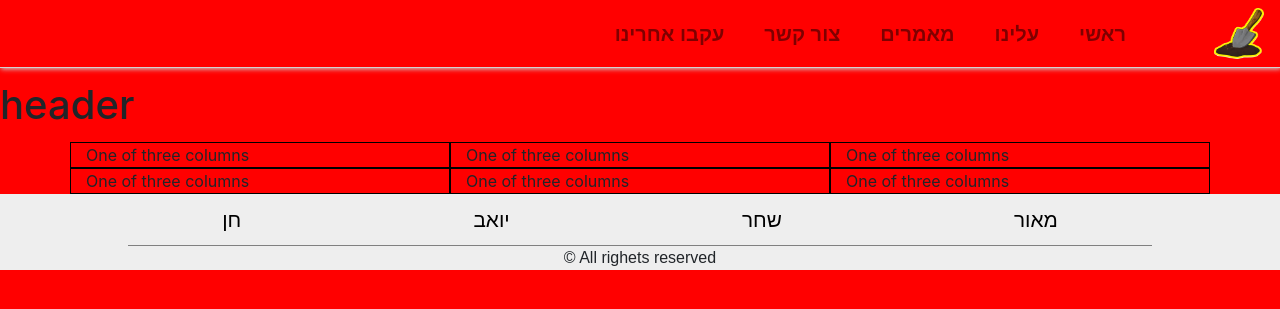
Repository: yoavBenZion/Blog-Zubi
Page: articlesPage.html
These files come from the project's save history. The page is drawn as it stood at one moment and after the next save; the edit follows.
The browser window is 1280 px wide. The pictures show the whole page.
Some web fonts or font styles are not loaded; a fallback is used. Some web libraries are served in a nearby version.

Above is the page before, as saved 2017-10-26 11:31:52.

After the next save:
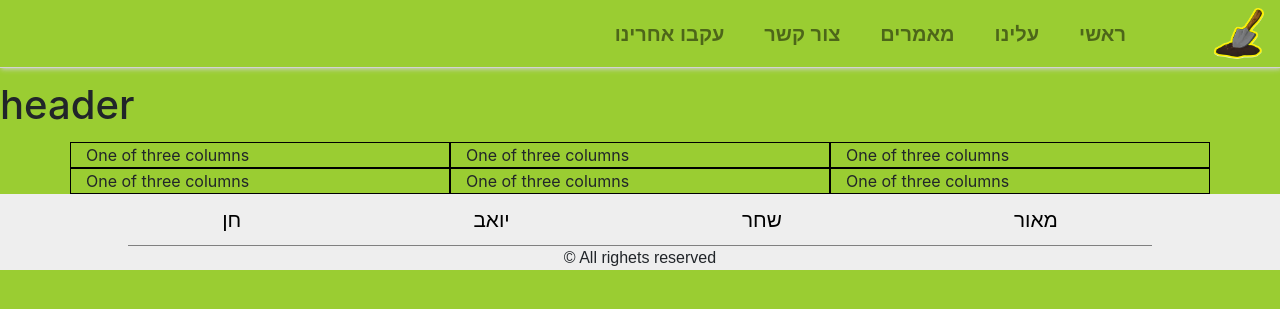
Saved 13 s later.
--- a/css/articlesPage.css
+++ b/css/articlesPage.css
@@ -1,7 +1,7 @@
 /* Grid */
 
 body {
-    background-color: red;
+    background-color: yellowgreen;
 }
 
 .col {
